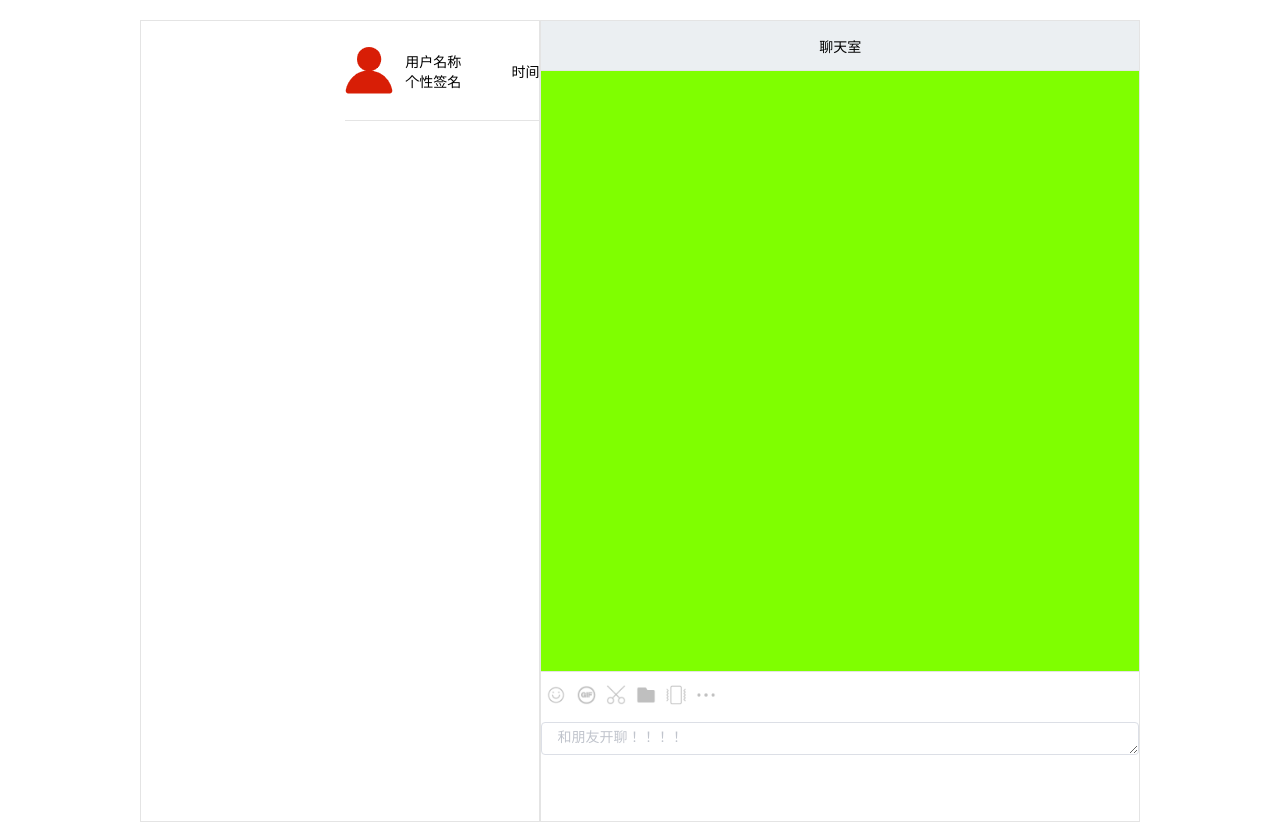
Repository: jinggegeZ/livechat
Page: /
An editor plug-in stored every save of this project. The page is shown before and after the next save, followed by the edit.
The browser window is 1280 px wide. The pictures show the whole page.
The project was rebuilt for these pictures with package versions that can differ from the ones it lists, and the page was loaded fresh each time.

Above is the page before, as saved 2020-08-17 12:56:05.

After the next save:
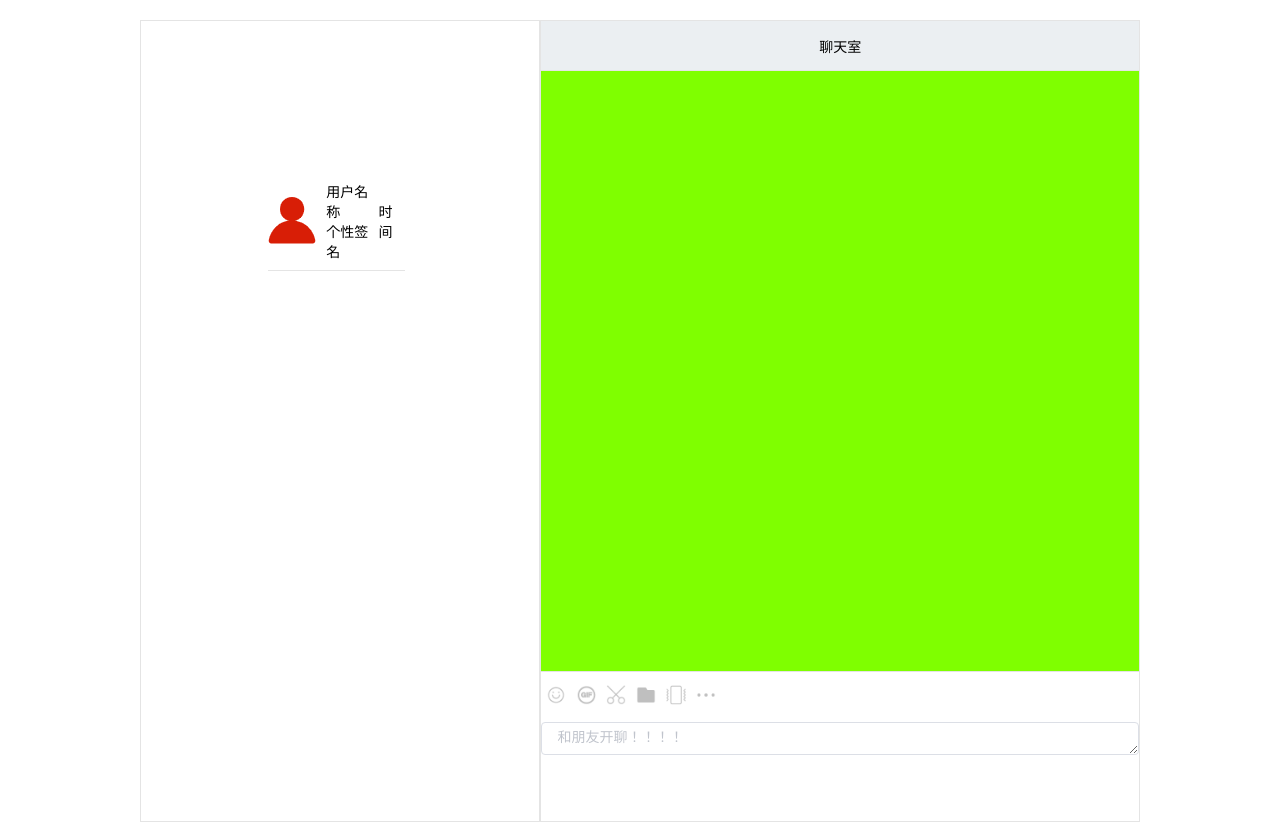
Saved 91 s later.
--- a/src/views/Home.vue
+++ b/src/views/Home.vue
@@ -4,7 +4,8 @@
       <div class="box">
         <!-- 用户信息 -->
         <div class="box1">
-        <!-- 搜索用户名字 -->
+        <div>
+          <!-- 搜索用户名字 -->
         <div class="boxsearch"></div>
         <!-- 信息盒子 -->
           <div class="box1-1">
@@ -22,6 +23,7 @@
             <!-- 时间 -->
             <div>时间</div>
           </div>
+        </div>
         </div>
         <!-- 聊天信息 -->
         <div class="box2">

After the save that followed:
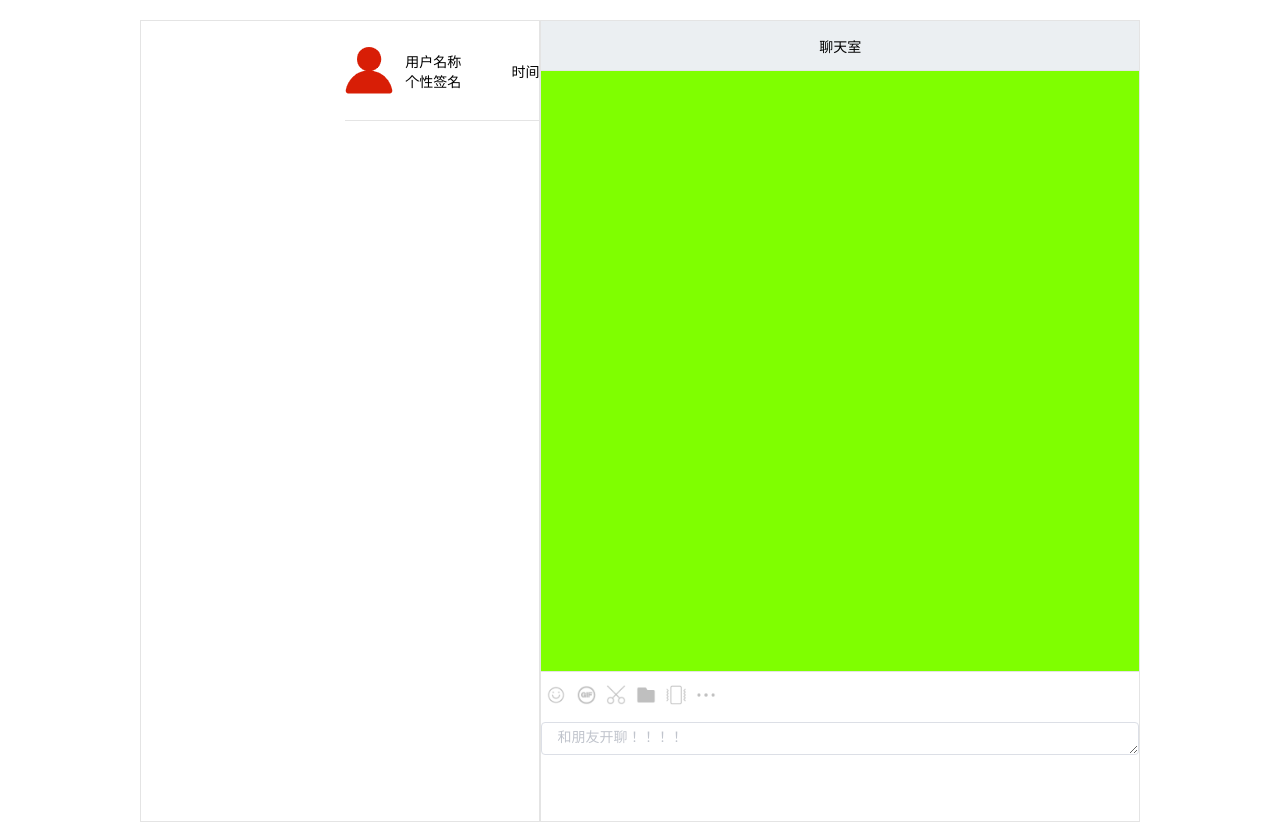
Saved 41 s later.
--- a/src/views/Home.vue
+++ b/src/views/Home.vue
@@ -4,8 +4,7 @@
       <div class="box">
         <!-- 用户信息 -->
         <div class="box1">
-        <div>
-          <!-- 搜索用户名字 -->
+        <!-- 搜索用户名字 -->
         <div class="boxsearch"></div>
         <!-- 信息盒子 -->
           <div class="box1-1">
@@ -23,7 +22,6 @@
             <!-- 时间 -->
             <div>时间</div>
           </div>
-        </div>
         </div>
         <!-- 聊天信息 -->
         <div class="box2">
